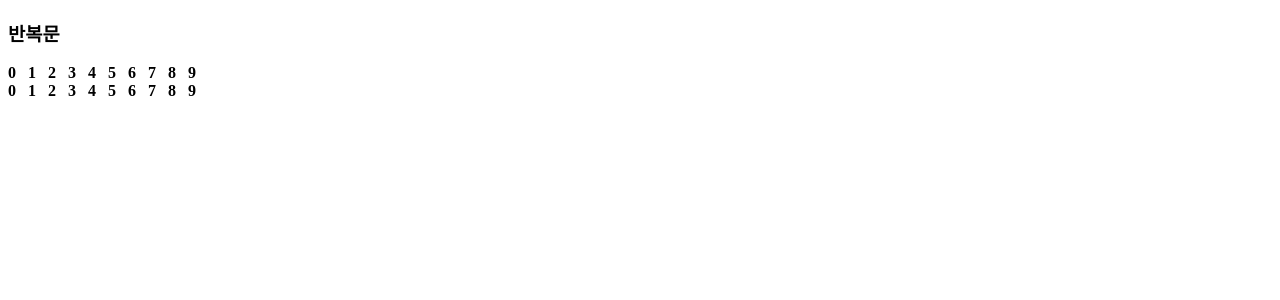
Repository: hyunhee7/web_work
Page: http://localhost/Step17_JSTL/jstl/test01.jsp
These files come from the project's save history. The page is drawn as it stood at one moment and after the next save; the edit follows.
The browser window is 1280 px wide. The pictures show the whole page.
The page is served by Tomcat 9.

Above is the page before, as saved 2017-07-12 05:58:57.

After the next save:
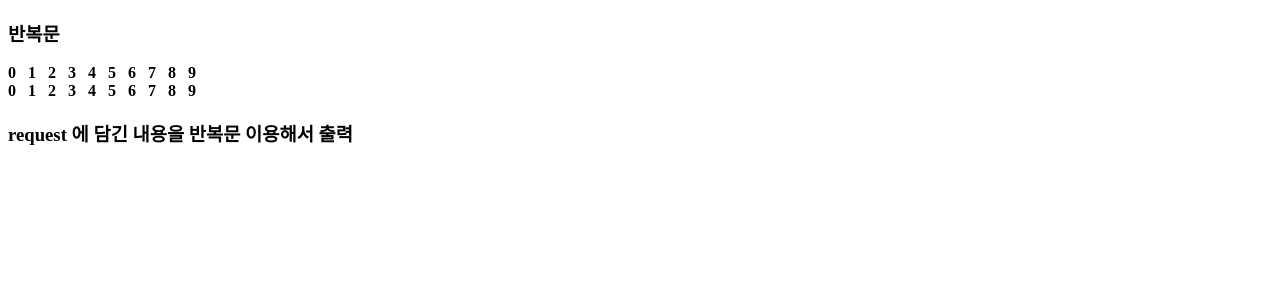
Saved 2 min 23 s later.
--- a/Step17_JSTL/WebContent/jstl/test01.jsp
+++ b/Step17_JSTL/WebContent/jstl/test01.jsp
@@ -12,6 +12,8 @@
 	names.add("원숭이");
 
 	request.setAttribute("names", names);
+	//이 페이지로 forward 이동 되었다고 가정하자.
+
 %>
 <!DOCTYPE html PUBLIC "-//W3C//DTD HTML 4.01 Transitional//EN" "http://www.w3.org/TR/html4/loose.dtd">
 <html>
@@ -27,7 +29,9 @@
 <br />
 <c:forEach var="i" begin="0" end="9" step="1">
 	<strong>${i }</strong> &nbsp;
+</c:forEach>
 
-</c:forEach>
+<h3>request 에 담긴 내용을 반복문 이용해서 출력</h3>
+
 </body>
 </html>
